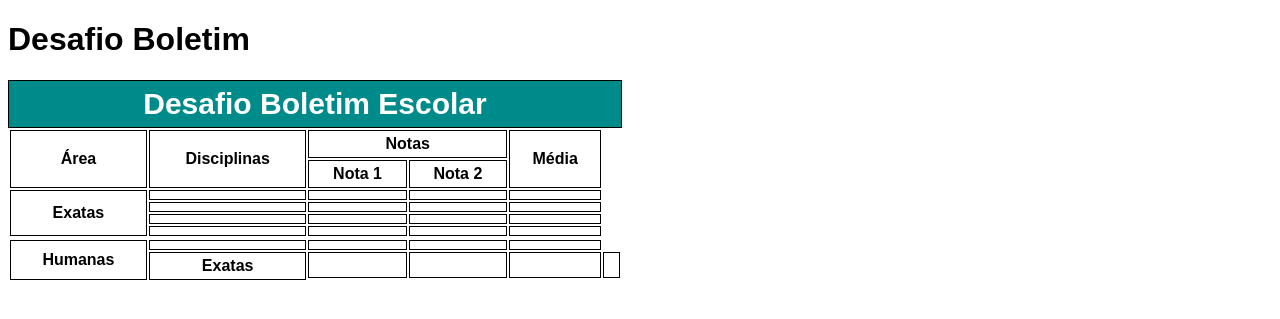
Repository: railsondev/html-css
Page: Módulo3/Desafio/D05 - Tabela Boletim escolar/boletim.html
The author's editor kept a copy of each file at every save. The page is drawn from the files as they stood at one save, then again after the next save.
The browser window is 1280 px wide. The pictures show the whole page.

Above is the page before, as saved 2024-10-22 12:41:55.

After the next save:
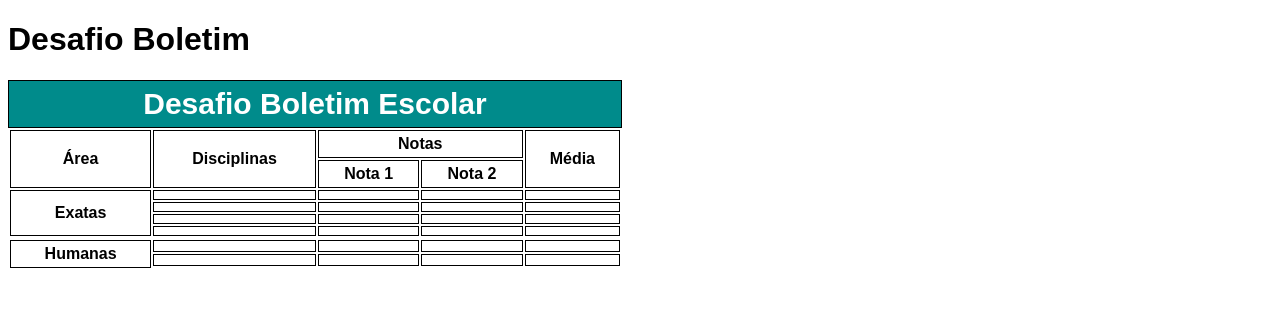
Saved 8 s later.
--- a/Módulo3/Desafio/D05 - Tabela Boletim escolar/boletim.html
+++ b/Módulo3/Desafio/D05 - Tabela Boletim escolar/boletim.html
@@ -57,7 +57,6 @@
         <td></td>
       </tr>
       <tr>
-        <th rowspan="4" scope="rowgroup">Exatas</th>
         <td></td>
         <td></td>
         <td></td>
